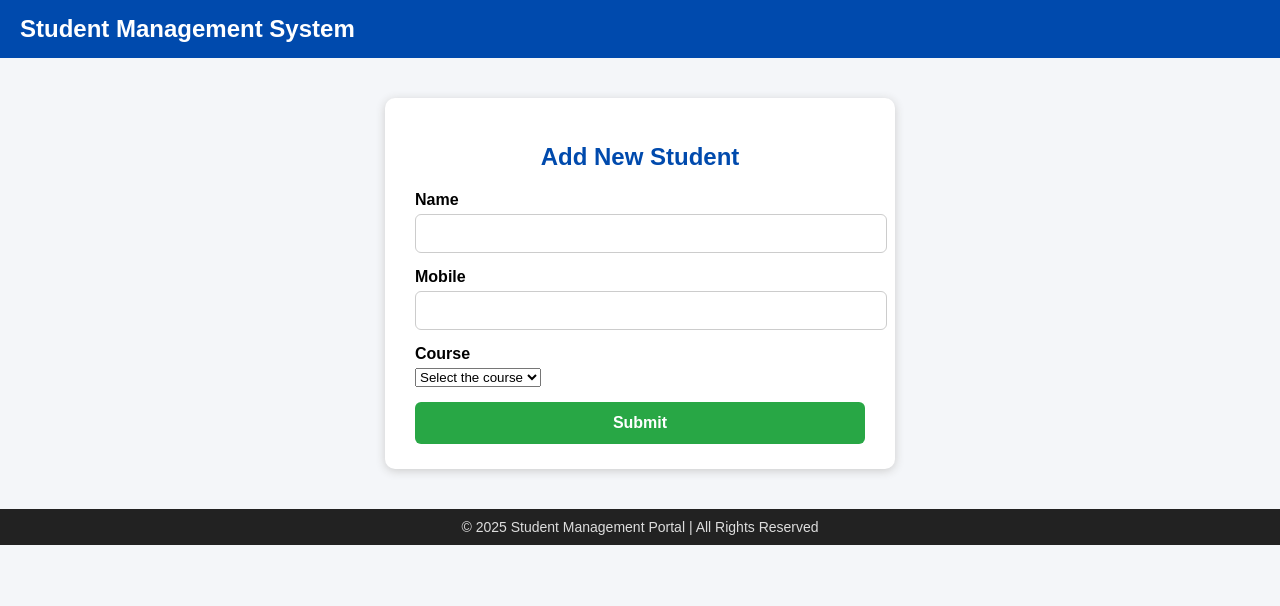
Repository: vinayhp22/sept25advanceJava
Page: http://localhost/SMS/views/student-form.jsp
These files come from the project's save history. The page is drawn as it stood at one moment and after the next save; the edit follows.
The browser window is 1280 px wide. The pictures show the whole page.
The page is served by Tomcat 9. Nobody is signed in. The application's start-up code is not run. Other server files are loaded and not shown. The template is opened directly, without the code that normally fills it, so the values that code supplies are empty.

Above is the page before, as saved 2025-11-18 10:10:04.

### spring/SMS/src/main/webapp/views/student-form.jsp
<%@ taglib uri="http://java.sun.com/jsp/jstl/core" prefix="c" %>
<%@ page language="java" contentType="text/html; charset=UTF-8"
    pageEncoding="UTF-8"%>
<!DOCTYPE html>
<html>
<head>
<meta charset="UTF-8">
<title>Student Form</title>

<style>
    body {
        font-family: Arial, sans-serif;
        background: #f4f6f9;
        margin: 0;
        padding: 0;
    }

    /* Header */
    .header {
        background: #004aad;
        color: white;
        padding: 15px 20px;
        font-size: 24px;
        font-weight: bold;
    }

    /* Footer */
    .footer {
        background: #222;
        color: #ddd;
        padding: 10px;
        text-align: center;
        margin-top: 40px;
        font-size: 14px;
    }

    /* Centered form container */
    .form-container {
        width: 450px;
        margin: 40px auto;
        background: white;
        padding: 25px 30px;
        border-radius: 10px;
        box-shadow: 0px 2px 10px #ccc;
    }

    .form-container h2 {
        text-align: center;
        color: #004aad;
        margin-bottom: 20px;
    }

    .form-group {
        margin-bottom: 15px;
    }

    .form-group label {
        font-weight: bold;
        display: block;
        margin-bottom: 5px;
    }

    .form-group input, form-group select {
        width: 100%;
        padding: 10px;
        border: 1px solid #ccc;
        border-radius: 6px;
        font-size: 15px;
    }

    .btn-submit {
        width: 100%;
        background: #28a745;
        color: white;
        padding: 12px 0;
        font-size: 16px;
        border: none;
        border-radius: 6px;
        cursor: pointer;
        font-weight: bold;
    }
    .btn-submit:hover {
        background: #218838;
    }

</style>

</head>
<body>

    <!-- Header -->
    <div class="header">
        Student Management System
    </div>

    <!-- Form Card -->
    <div class="form-container">
        <h2>
            <c:if test="${student.id == null}">
                Add New Student
            </c:if>
            <c:if test="${student.id != null}">
                Update Student
            </c:if>
        </h2>

        <form action="saveStudent" method="post">

            <input type="hidden" name="id" value="${student.id}">

            <div class="form-group">
                <label>Name</label>
                <input type="text" name="name" value="${student.name}" required>
            </div>

            <div class="form-group">
                <label>Mobile</label>
                <input type="number" name="mobile" value="${student.mobile}" required>
            </div>

            <div class="form-group">
                <label>Course</label>
                <select name="course" required>
                	<option value="">Select the course</option>
                	<option value="JAVA_FULL_STACK" ${student.course == 'JAVA_FULL_STACK' ? 'selected' : '' }>Java Full Stack</option>
                	<option value="PYTHON_FULL_STACK" ${student.course == 'PYTHON_FULL_STACK' ? 'selected' : '' }>Python Full Stack</option>
                	<option value="DATA_ANALYTICS" ${student.course == 'DATA_ANALYTICS' ? 'selected' : '' }>Data Analytics</option>
                	<option value="DATA_SCIENCE" ${student.course == 'DATA_SCIENCE' ? 'selected' : '' }>Data Science</option>
                	<option value="AI_ML" ${student.course == 'AI_ML' ? 'selected' : '' }>AI ML</option>
                </select>
            </div>

            <button class="btn-submit" type="submit">Submit</button>
        </form>
    </div>

    <!-- Footer -->
    <div class="footer">
        © 2025 Student Management Portal | All Rights Reserved
    </div>

</body>
</html>

After the next save:
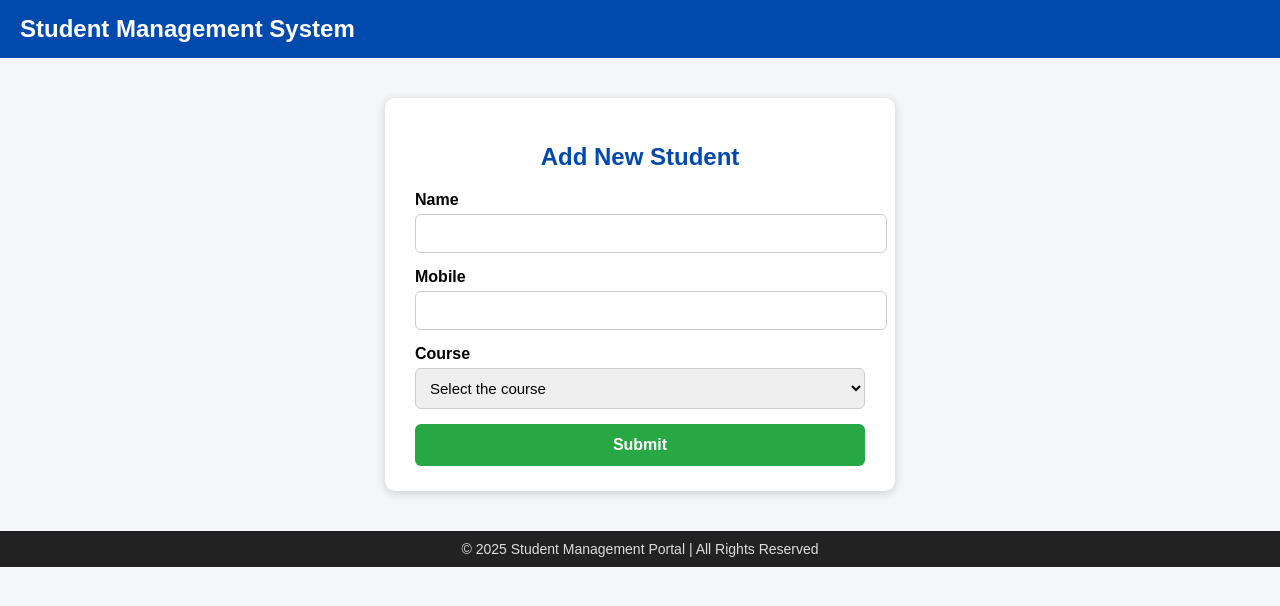
Saved 68 s later.
--- a/spring/SMS/src/main/webapp/views/student-form.jsp
+++ b/spring/SMS/src/main/webapp/views/student-form.jsp
@@ -60,7 +60,7 @@
         margin-bottom: 5px;
     }
 
-    .form-group input, form-group select {
+    .form-group input, .form-group select {
         width: 100%;
         padding: 10px;
         border: 1px solid #ccc;
